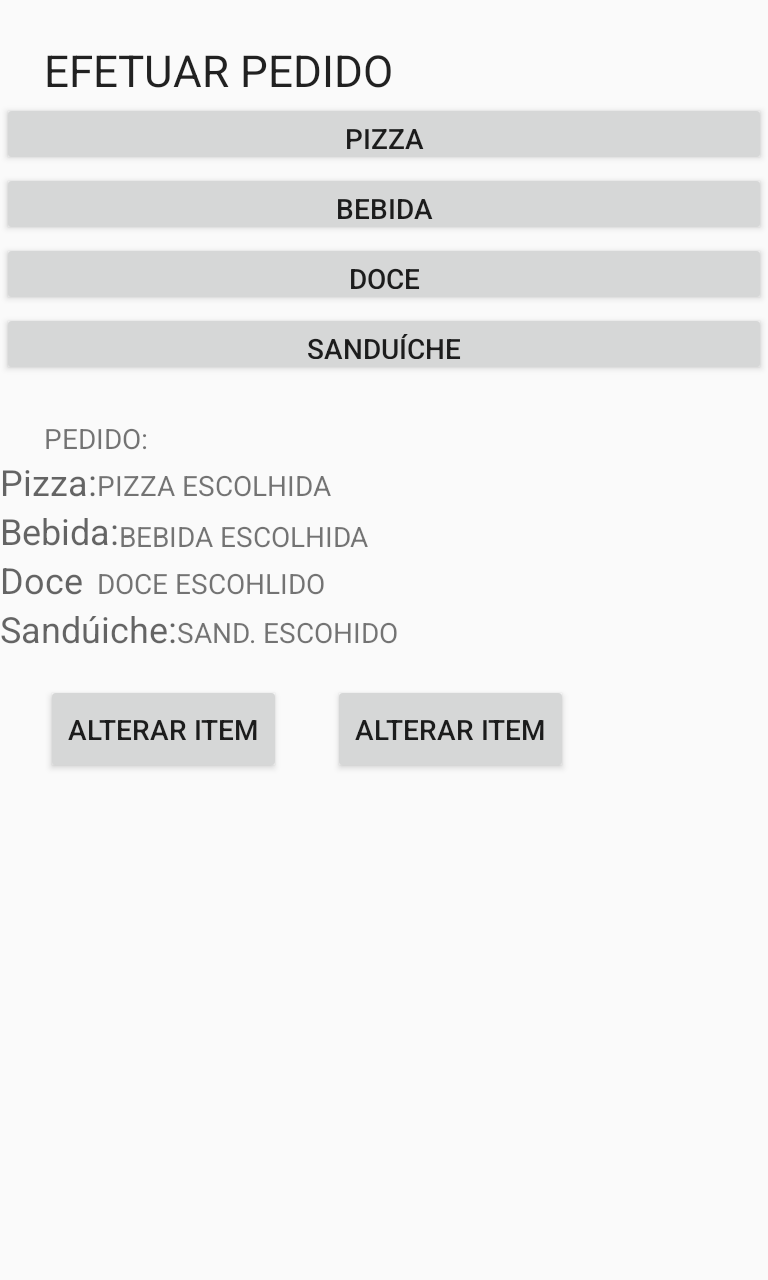
Repository: LucasSampaio/SysPizza-PSI
Layout: CodigoFonte/MOBILE/SysPizza/res/layout/activity_efetuar_pedidos.xml
These files come from the project's save history. The layout is drawn as it stood at one moment and after the next save; the edit follows.
It is drawn on a 768 x 1280 px phone screen (xhdpi) without system bars, with theme AppTheme; the app's code is not run.

Above is the layout before, as saved 2014-09-25 13:55:07.

### CodigoFonte/MOBILE/SysPizza/res/layout/activity_efetuar_pedidos.xml
<?xml version="1.0" encoding="utf-8"?>
<RelativeLayout xmlns:android="http://schemas.android.com/apk/res/android"
    android:layout_width="match_parent"
    android:layout_height="match_parent" >

    <TextView
        android:id="@+id/textView1"
        android:layout_width="wrap_content"
        android:layout_height="wrap_content"
        android:layout_alignParentLeft="true"
        android:layout_alignParentTop="true"
        android:layout_marginLeft="22dp"
        android:layout_marginTop="20dp"
        android:text="EFETUAR PEDIDO"
        android:textAppearance="?android:attr/textAppearanceLarge" />

    <Button
        android:id="@+id/btPizzaEfetuarPedido"
        android:layout_width="fill_parent"
        android:layout_height="35dp"
        android:layout_alignParentLeft="true"
        android:layout_below="@+id/textView1"
        android:text="Pizza" />

    <Button
        android:id="@+id/btBebidaEfetuarPedido"
        android:layout_width="fill_parent"
        android:layout_height="35dp"
        android:layout_alignParentLeft="true"
        android:layout_below="@+id/btPizzaEfetuarPedido"
        android:text="Bebida" />

    <Button
        android:id="@+id/btDoceEfetuarPedido"
        android:layout_width="fill_parent"
        android:layout_height="35dp"
        android:layout_alignParentLeft="true"
        android:layout_below="@+id/btBebidaEfetuarPedido"
        android:text="Doce" />

    <Button
        android:id="@+id/btSanduicheEfetuarPedido"
        android:layout_width="fill_parent"
        android:layout_height="35dp"
        android:layout_alignParentLeft="true"
        android:layout_below="@+id/btDoceEfetuarPedido"
        android:text="Sanduíche" />

    <TextView
        android:id="@+id/textView2"
        android:layout_width="wrap_content"
        android:layout_height="wrap_content"
        android:layout_alignLeft="@+id/textView1"
        android:layout_below="@+id/btSanduicheEfetuarPedido"
        android:layout_marginTop="20dp"
        android:text="PEDIDO:" />

    <TextView
        android:id="@+id/textView3"
        android:layout_width="wrap_content"
        android:layout_height="wrap_content"
        android:layout_alignParentLeft="true"
        android:layout_below="@+id/textView2"
        android:text="Pizza:"
        android:textAppearance="?android:attr/textAppearanceMedium" />

    <TextView
        android:id="@+id/tvPizzaPedida"
        android:layout_width="wrap_content"
        android:layout_height="wrap_content"
        android:layout_alignBaseline="@+id/textView3"
        android:layout_alignBottom="@+id/textView3"
        android:layout_toRightOf="@+id/textView3"
        android:text="PIZZA ESCOLHIDA" />

    <TextView
        android:id="@+id/TextView01"
        android:layout_width="wrap_content"
        android:layout_height="wrap_content"
        android:layout_alignParentLeft="true"
        android:layout_below="@+id/textView3"
        android:text="Bebida:"
        android:textAppearance="?android:attr/textAppearanceMedium" />

    <TextView
        android:id="@+id/tvBebidaPedida"
        android:layout_width="wrap_content"
        android:layout_height="wrap_content"
        android:layout_alignBottom="@+id/TextView01"
        android:layout_toRightOf="@+id/TextView01"
        android:text="BEBIDA ESCOLHIDA" />

    <TextView
        android:id="@+id/textView4"
        android:layout_width="wrap_content"
        android:layout_height="wrap_content"
        android:layout_alignParentLeft="true"
        android:layout_below="@+id/TextView01"
        android:text="Doce"
        android:textAppearance="?android:attr/textAppearanceMedium" />

    <TextView
        android:id="@+id/tvDocePedido"
        android:layout_width="wrap_content"
        android:layout_height="wrap_content"
        android:layout_alignBaseline="@+id/textView4"
        android:layout_alignBottom="@+id/textView4"
        android:layout_alignLeft="@+id/tvPizzaPedida"
        android:text="DOCE ESCOHLIDO" />

    <TextView
        android:id="@+id/textView5"
        android:layout_width="wrap_content"
        android:layout_height="wrap_content"
        android:layout_alignParentLeft="true"
        android:layout_below="@+id/textView4"
        android:text="Sandúiche:"
        android:textAppearance="?android:attr/textAppearanceMedium" />

    <TextView
        android:id="@+id/tvSanduichePedido"
        android:layout_width="wrap_content"
        android:layout_height="wrap_content"
        android:layout_alignBaseline="@+id/textView5"
        android:layout_alignBottom="@+id/textView5"
        android:layout_toRightOf="@+id/textView5"
        android:text="SAND. ESCOHIDO" />

    <Button
        android:id="@+id/btAlterarItem"
        android:layout_width="wrap_content"
        android:layout_height="wrap_content"
        android:layout_alignLeft="@+id/textView2"
        android:layout_below="@+id/textView5"
        android:layout_marginTop="14dp"
        android:text="Alterar item" />

    <Button
        android:id="@+id/btFinalizarPedido"
        android:layout_width="wrap_content"
        android:layout_height="wrap_content"
        android:layout_alignBaseline="@+id/btAlterarItem"
        android:layout_alignBottom="@+id/btAlterarItem"
        android:layout_toRightOf="@+id/tvPizzaPedida"
        android:text="Alterar item" />

</RelativeLayout>

Loaded but not shown: CodigoFonte/MOBILE/SysPizza/res/values/styles.xml (common file); CodigoFonte/MOBILE/SysPizza/res/values-v11/styles.xml (common file); CodigoFonte/MOBILE/SysPizza/res/values-v14/styles.xml (common file)

After the next save:
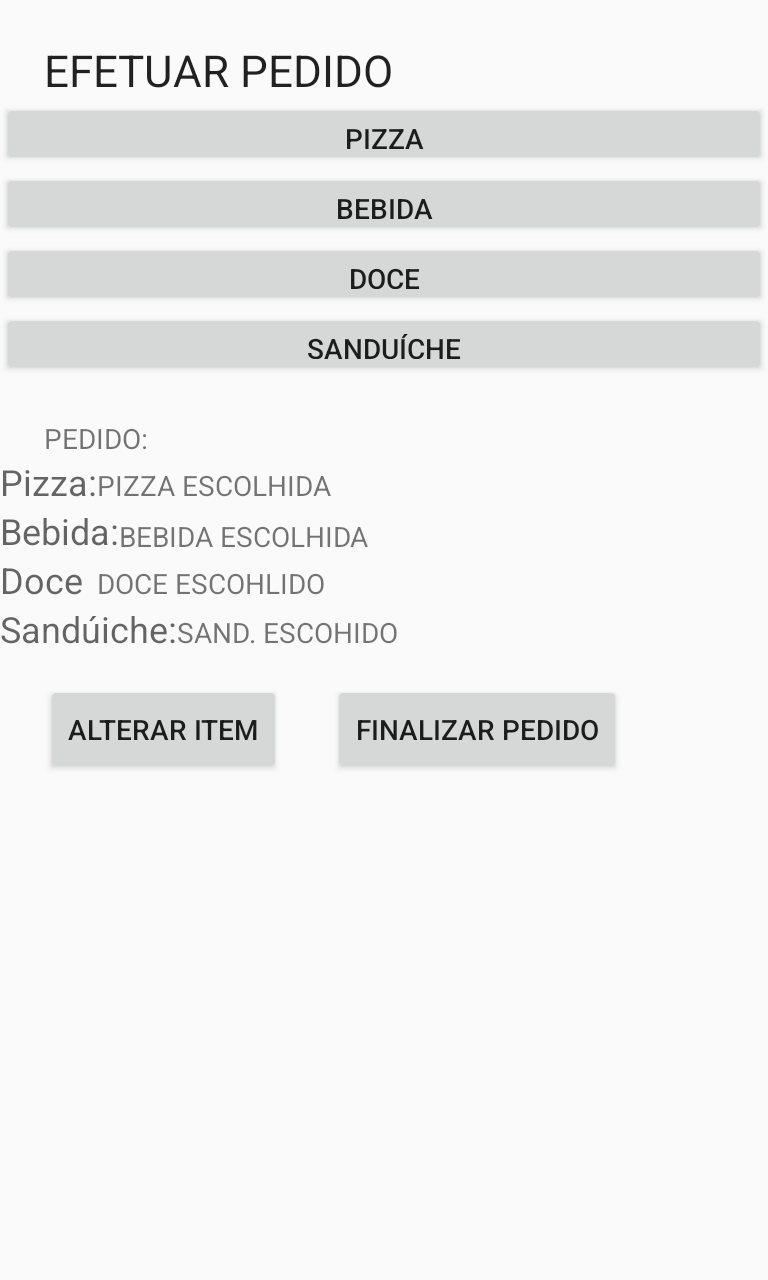
Saved 8 s later.
--- a/CodigoFonte/MOBILE/SysPizza/res/layout/activity_efetuar_pedidos.xml
+++ b/CodigoFonte/MOBILE/SysPizza/res/layout/activity_efetuar_pedidos.xml
@@ -142,6 +142,6 @@
         android:layout_alignBaseline="@+id/btAlterarItem"
         android:layout_alignBottom="@+id/btAlterarItem"
         android:layout_toRightOf="@+id/tvPizzaPedida"
-        android:text="Alterar item" />
+        android:text="Finalizar pedido" />
 
 </RelativeLayout>
